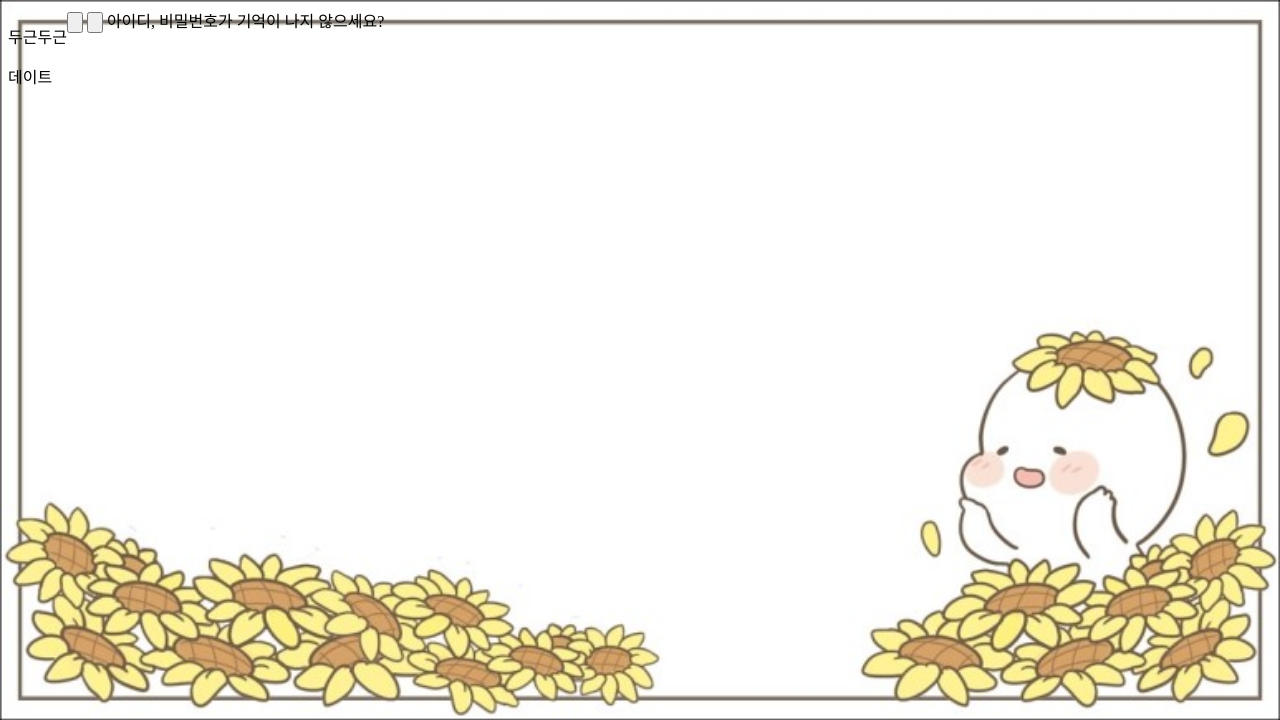
Repository: pinokio531/date_application
Page: http://localhost/doogeunDate/ex.jsp
These files come from the project's save history. The page is drawn as it stood at one moment and after the next save; the edit follows.
The browser window is 1280 px wide. The pictures show the whole page.
The page is served by Tomcat 9.

Above is the page before, as saved 2019-05-31 12:45:50.

After the next save:
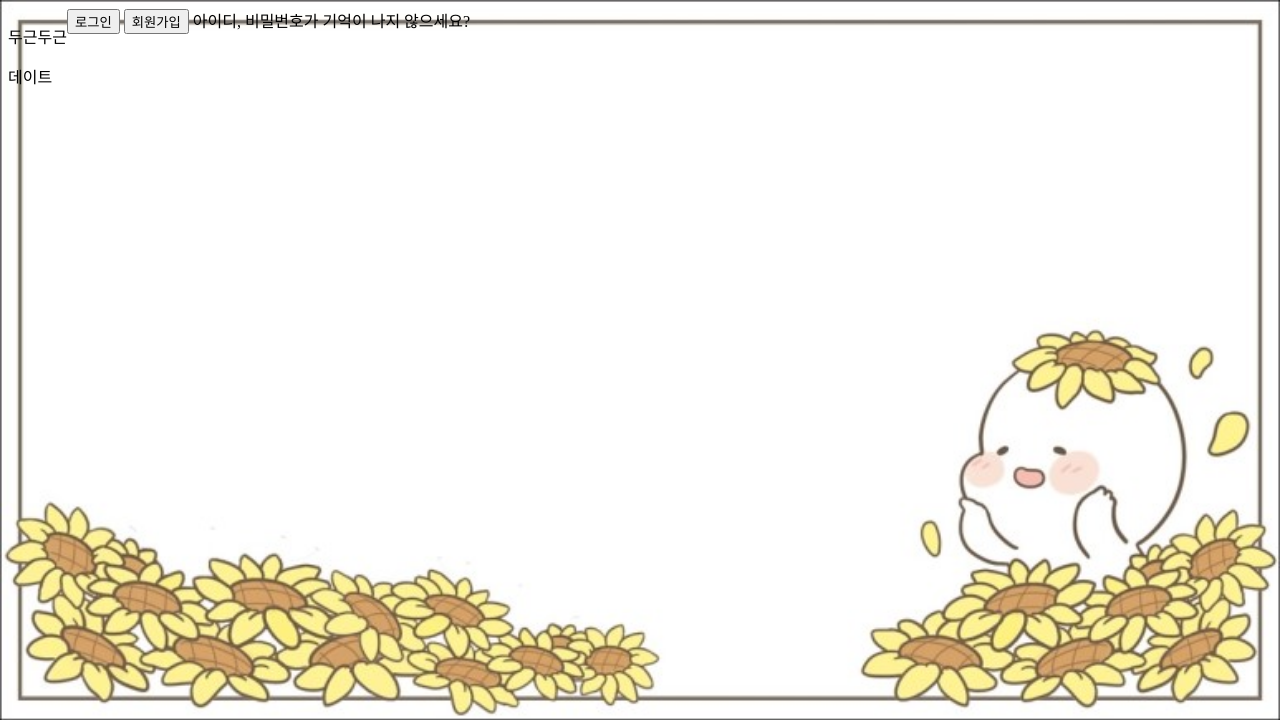
Saved 84 s later.
--- a/doogeunDate/WebContent/ex.jsp
+++ b/doogeunDate/WebContent/ex.jsp
@@ -14,8 +14,8 @@
 <p>데이트</p>
 </div>
 <div id="buttonsDIV">
-<input type="button">
-<input type="button">
+<input type="button" value="로그인" onclick="location.href='login.jsp'">
+<input type="button" value="회원가입" onclick="location.href='joinForm.jsp'">
 <a>아이디, 비밀번호가 기억이 나지 않으세요?</a>
 </div>
 
